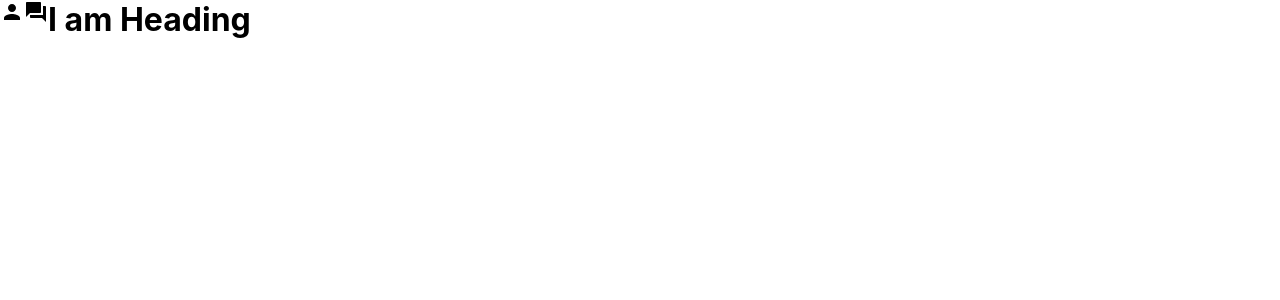
Repository: professorsourabh/tinder-clone
Page: /chat/Jeff
These files come from the project's save history. The page is drawn as it stood at one moment and after the next save; the edit follows.
The browser window is 1280 px wide. The pictures show the whole page.
The project was rebuilt for these pictures with package versions that can differ from the ones it lists, and the page was loaded fresh each time. Also part of the build but not shown: src/App.css.

Above is the page before, as saved 2023-05-30 10:59:43.

After the next save:
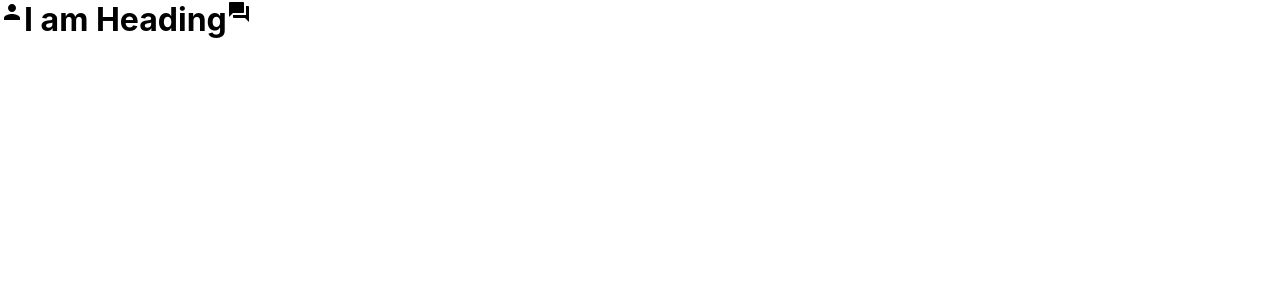
Saved 26 s later.
--- a/src/Navbar.js
+++ b/src/Navbar.js
@@ -6,8 +6,9 @@
   return (
     <div className='header'>
         <PersonIcon/>
+        <h1>I am Heading</h1>
         <ForumIcon/>
-      <h1>I am Heading</h1>
+
     </div>
   )
 }
